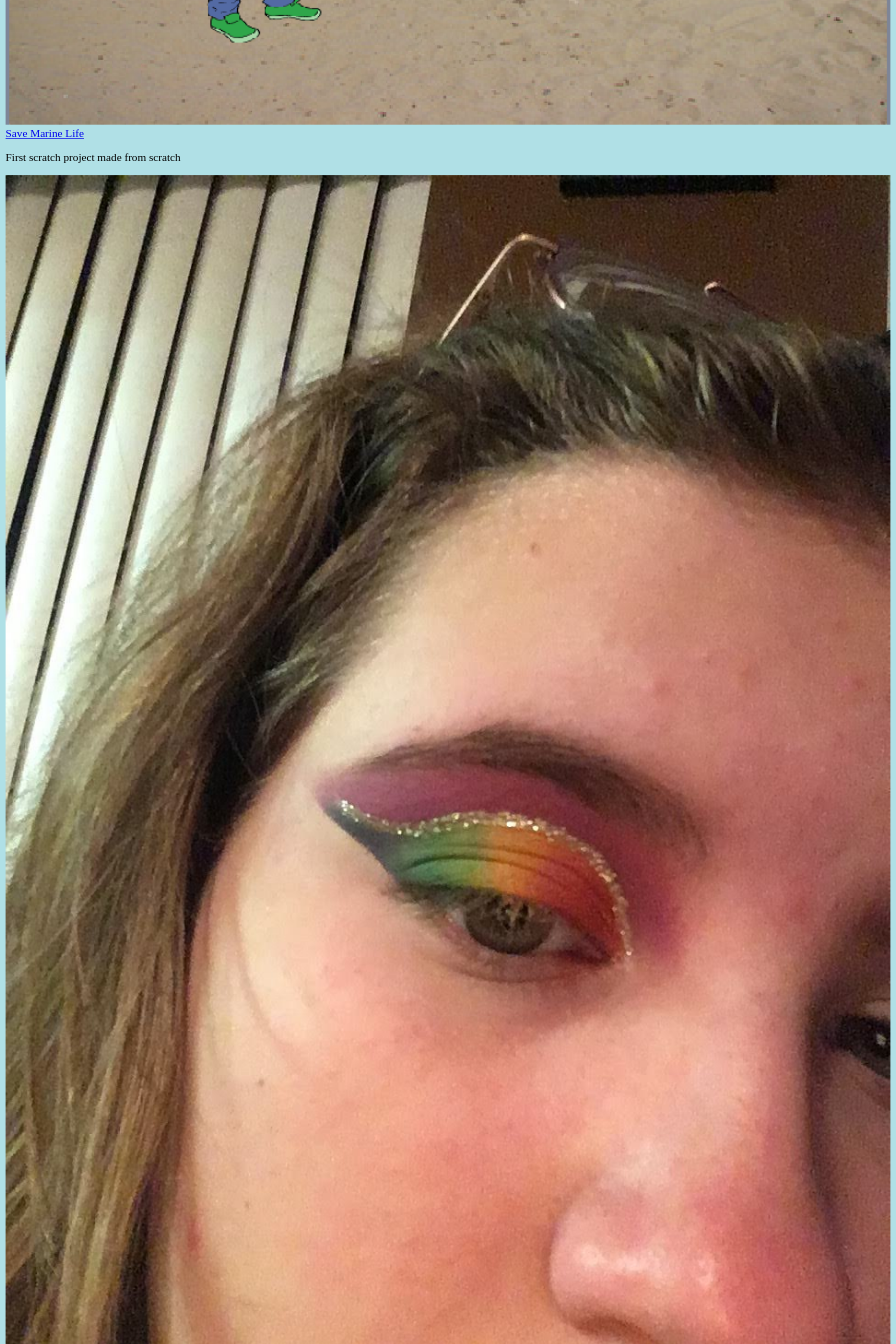
Repository: EMcmurray1862/emcmurray1862.github.io
Page: my_website/portfolio.html
The author's editor kept a record of every edit. The page is drawn from the files as they stood at one moment, then again after the next edit.
The browser window is 1280 px wide. The pictures show the part of the page from y = 913 to 2833 px (the page is 6959 px tall before and 6302 px after), at 70% of full size.

Above is the page before.

### my_website/portfolio.html
<!doctype html>
	<html lang="en">
	  <head>
	    <meta charset="utf-8">
	    <title>Portfolio</title>
	  </head>
	  <body>
    <a href="index.html">Home</a>
    <a href="portfolio.html">Portfolio</a>
    <a href="about.html">About</a>
    <a href="makeup.html">MakeUp</a>

    <body style="background-color:powderblue;">
  <h1>Portfolio Page</h1>
  <p>This is a list of some of the creations I've created in my CSP 2019-2020 class.</p>

<!-- Portfolio Gallery Grid -->
c
<div class="row">
  <div class="column">
    <div class="content">
    <img src="images/scratch.PNG" style="width:100%" "length:200%">
      <a href="https://scratch.mit.edu/projects/326744008/">Save Marine Life</a>
      <p>First scratch project made from scratch </p>
    </div>
  </div>
  <div class="column">
    <div class="content">
    <img src="images/rainbow_cutcrease.jpg" style="width:100%" "length:200%">

      <p>First MIT APP Inventor </p>
    </div>
  </div>
  <div class="column">
    <div class="content">
    <img src="images/valentines_look.jpg" style="width:100%" "length:100%">
       <h3>February 14, 2019 </h3>
    </div>
  </div>
  <div class="column">
    <div class="content">
    <img src="images/yellow_cutcrease.jpg" style="width:100%" "length:100%">
      <h3>August 2, 2019 </h3>
     </div>
  </div>
	  </body>
	</html>

After the next edit:
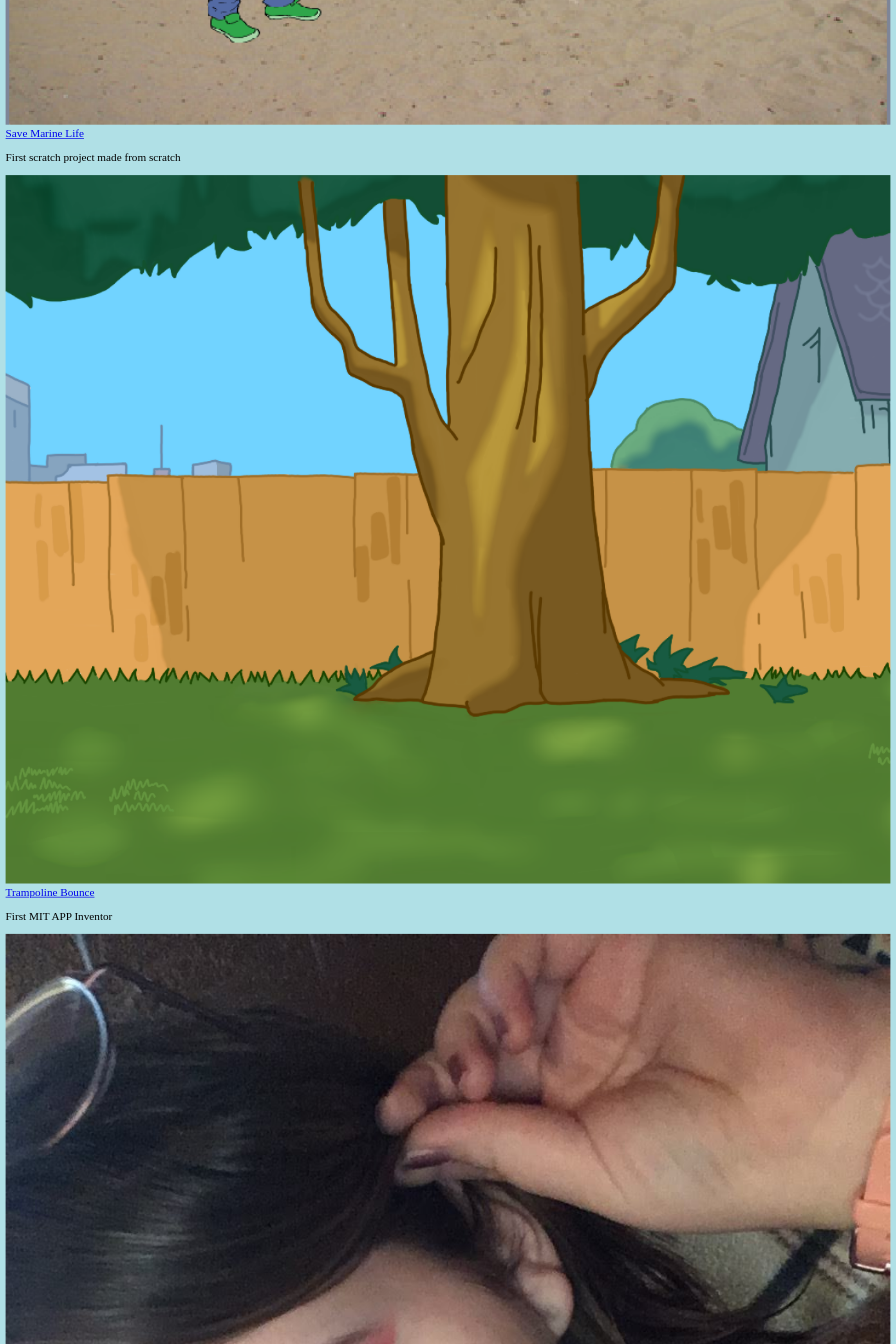
The edit:
--- a/my_website/portfolio.html
+++ b/my_website/portfolio.html
@@ -26,8 +26,8 @@
   </div>
   <div class="column">
     <div class="content">
-    <img src="images/rainbow_cutcrease.jpg" style="width:100%" "length:200%">
-
+    <img src="images/backyard.png" style="width:100%" "length:200%">
+      <a href="https://scratch.mit.edu/projects/326744008/">Trampoline Bounce</a>
       <p>First MIT APP Inventor </p>
     </div>
   </div>
